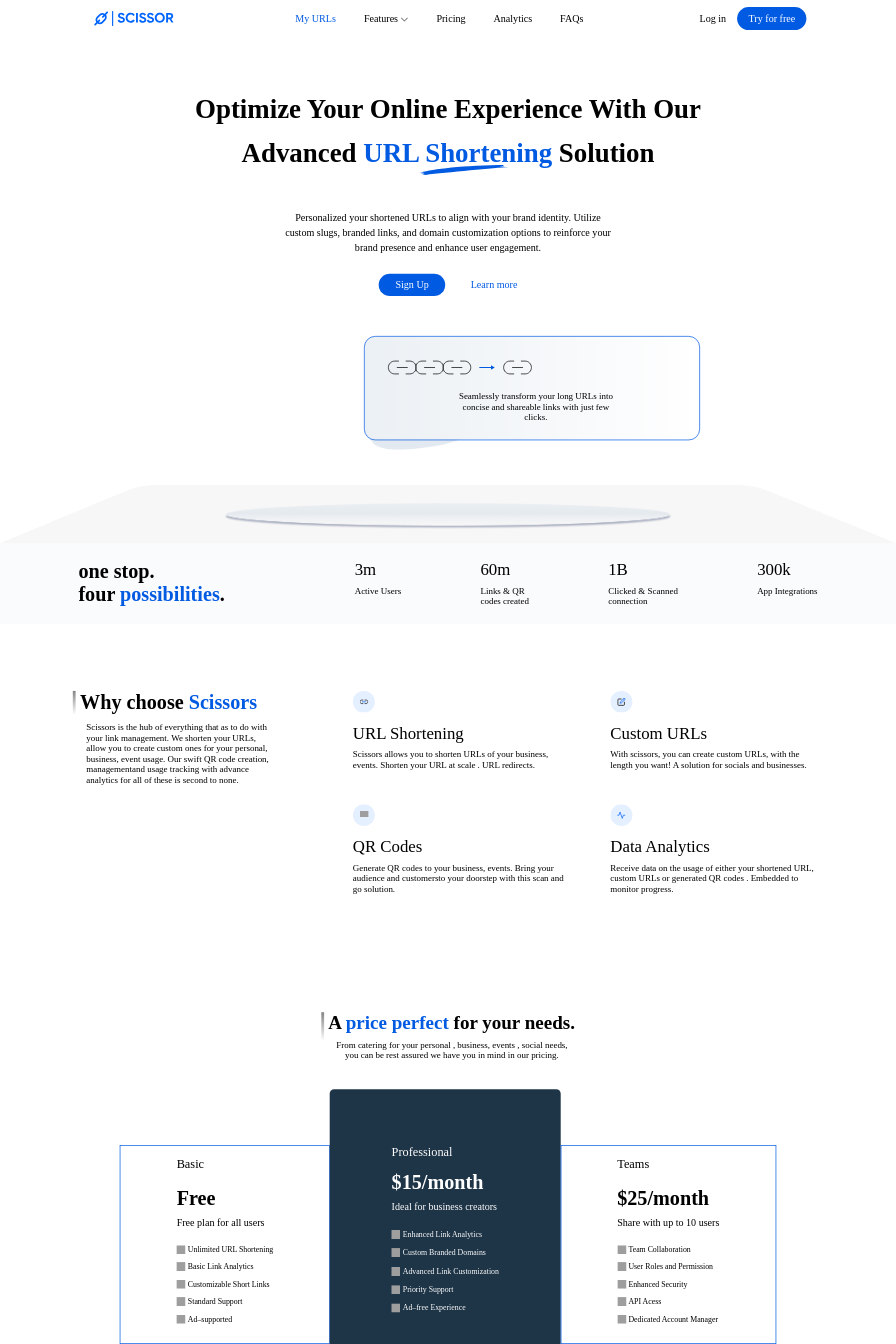
Repository: dark-txch/ass-1-6
Page: src/pages/scissors.html
An editor plug-in stored every save of this project. The page is shown before and after the next save, followed by the edit.
The browser window is 1280 px wide. The pictures show the part of the page from y = 0 to 1920 px (the page is 4397 px tall), at 70% of full size.
Pictures or frames that could not be fetched are drawn as grey boxes. Some web libraries are served in a nearby version.

Above is the page before, as saved 2024-11-29 18:55:25.

### src/pages/scissors.html
<html lang="en">
	<head>
		<meta charset="UTF-8" />
		<meta name="viewport" content="width=device-width, initial-scale=1.0" />

		<!--  main style link  -->
		<link rel="stylesheet" href="../styles/scissors/scissors.css" />

		<!--  media style link  -->
		<link rel="stylesheet" href="../styles/scissors/mediaq.css" />

		<!--  favicon  -->
		<link rel="icon" href="/assets/C-Favicon/Dark-favicon_io/favicon.ico" />

		<!--  font awesome  -->
		<script
			src="https://kit.fontawesome.com/5a7bfc222a.js"
			crossorigin="anonymous"
		></script>

		<!--  title  -->
		<title>Scissors</title>
	</head>

	<!--  body  -->
	<body>
		<main>
			<!--  header houses the nav section and  -->
			<section id="headSection">
				<nav id="navigationBlock">
					<!--  container for the img/svg -->
					<span class="imgBox">
						<img src="../../src/assets/scissors/Logo.svg" alt="" />
					</span>
					<!--  -------------unordered list center ul -->
					<ul class="uL-center">
						<li>My URLs</li>
						<li>
							<span>Features</span>
							<i class="fa-solid fa-chevron-down"></i>
						</li>
						<li>Pricing</li>
						<li>Analytics</li>
						<li>FAQs</li>
					</ul>
					<!--  end ul -->
					<ul class="ul-end">
						<li>Log in</li>
						<li>Try for free</li>
					</ul>
				</nav>
				<!-- ------------------ header body div ----------------- -->
				<div id="headerBody">
					<h1 id="textCap">
						optimize your online experience with our advanced
						<span>URL shortening</span>
						solution
						<img src="../../src/assets/scissors/Vector 3.svg" alt="" />
					</h1>
					<p>
						Personalized your shortened URLs to align with your brand identity.
						Utilize custom slugs, branded links, and domain customization
						options to reinforce your brand presence and enhance user
						engagement.
					</p>
					<div id="signupBlue">
						<span>Sign Up</span>
						<span>Learn more</span>
					</div>
				</div>
				<!-- --------------------------- One stop four section  -->
				<section id="oneStopFour">
					<div class="sideNote">
						<span
							><img src="../../src/assets/scissors/Frame 1000001716.svg" alt=""
						/></span>
						<div class="paraContainer">
							<p>
								Seamlessly transform your long URLs into concise and shareable
								links with just few clicks.
							</p>
						</div>
					</div>
					<span
						><img src="../../src/assets/scissors/Vector 2.png" alt=""
					/></span>
				</section>
				<!-- -------------------------One stop possibilities desk ---- -->
				<div id="oneStopFourDesk">
					<span>
						<img
							src="../../src/assets/scissors/Rectangle 9.png"
							alt="Rectangle"
						/>
					</span>
					<span>
						<img src="../../src/assets/scissors/Ellipse 1.png" alt="Ellipse" />
					</span>
				</div>
			</section>

			<!-- -------------- One stop possibilities section --------------- -->
			<section id="oneStopFourPossibilities">
				<div class="oneStopFlex">
					<h2>one stop. <br />four <span>possibilities</span>&#46;</h2>
					<ul>
						<li>
							<h5>3m</h5>
							<p>Active Users</p>
						</li>
						<li>
							<h5>60m</h5>
							<p>Links &#38; QR <br />codes created</p>
						</li>
						<li>
							<h5>1B</h5>
							<p>Clicked &#38; Scanned <br />connection</p>
						</li>
						<li>
							<h5>300k</h5>
							<p>App Integrations</p>
						</li>
					</ul>
				</div>
				<!-- --------------------------Why choose scissors--------- -->
				<div id="whyScissors">
					<div class="scissors">
						<h2>Why choose <span>Scissors</span></h2>
						<p>
							Scissors is the hub of everything that as to do with your link
							management. We shorten your URLs, allow you to create custom ones
							for your personal, business, event usage. Our swift QR code
							creation, managementand usage tracking with advance analytics for
							all of these is second to none.
						</p>
					</div>
					<!--  --container next to 'Why choose scissors' -->
					<div id="scissors-side">
						<div id="box-1">
							<div class="box-1">
								<span
									><img src="../../assets/scissors/Ellipse 2.svg" alt=""
								/></span>
								<span
									><img src="../../assets/scissors/link-2.svg" alt=""
								/></span>

								<h5>URL Shortening</h5>
								<p>
									Scissors allows you to shorten URLs of your business, events.
									Shorten your URL at scale . URL redirects.
								</p>
							</div>
							<div class="box-1">
								<span><img src="/assets/scissors/Ellipse 2.svg" alt="" /></span>
								<span><img src="/assets/scissors/grid.svg alt="" /></span>

								<h5>QR Codes</h5>
								<p>
									Generate QR codes to your business, events. Bring your
									audience and customersto your doorstep with this scan and go
									solution.
								</p>
							</div>
						</div>
						<!--   -----box-2 of scissors side -->
						<div id="box-2">
							<div class="box-1">
								<span><img src="/assets/scissors/Ellipse 2.svg" alt="" /></span>
								<span><img src="/assets/scissors/edit.svg" alt="" /></span>

								<h5>Custom URLs</h5>
								<p>
									With scissors, you can create custom URLs, with the length you
									want&#33; A solution for socials and businesses.
								</p>
							</div>
							<div class="box-1">
								<span><img src="/assets/scissors/Ellipse 2.svg" alt="" /></span>
								<span><img src="/assets/scissors/activity.svg" alt="" /></span>

								<h5>Data Analytics</h5>
								<p>
									Receive data on the usage of either your shortened URL, custom
									URLs or generated QR codes . Embedded to monitor progress.
								</p>
							</div>
						</div>
					</div>
				</div>
			</section>
			<!-- -------------------------A price perfect section ---------- -->
			<section id="pricePerfect">
				<h2>A <span>price perfect</span> for your needs&#46;</h2>
				<p>
					From catering for your personal , business, events , social needs, you
					can be rest assured we have you in mind in our pricing.
				</p>
				<!-- ----------price range------- -->
				<div id="pricePerfect-range">
					<div class="basic">
						<h4>Basic</h4>
						<h5>Free</h5>
						<h6>Free plan for all users</h6>
						<ul>
							<li>Unlimited URL Shortening</li>
							<li>Basic Link Analytics</li>
							<li>Customizable Short Links</li>
							<li>Standard Support</li>
							<li>Ad&#8210;supported</li>
						</ul>
					</div>
					<div class="professional">
						<h4>Professional</h4>
						<h5>&#36;15&#47;month</h5>
						<h6>Ideal for business creators</h6>
						<ul>
							<li>Enhanced Link Analytics</li>
							<li>Custom Branded Domains</li>
							<li>Advanced Link Customization</li>
							<li>Priority Support</li>
							<li>Ad&#8210;free Experience</li>
						</ul>
					</div>
					<div class="teams">
						<h4>Teams</h4>
						<h5>&#36;25&#47;month</h5>
						<h6>Share with up to 10 users</h6>
						<ul>
							<li>Team Collaboration</li>
							<li>User Roles and Permission</li>
							<li>Enhanced Security</li>
							<li>API Acess</li>
							<li>Dedicated Account Manager</li>
						</ul>
					</div>
				</div>
				<div id="priceButton">
					<button>Get Custom Pricing</button>
					<button>Select Pricing</button>
				</div>
			</section>
			<!-- -----------------form section-------- -->
			<div id="formBox">
				<form action="">
					<!-- --------------input for URL paste -->
					<input
						type="text"
						name="paste url"
						id="pasteUrl"
						placeholder="Paste URL here&#46;&#46;&#46;"
					/>
					<!-- --------------select domain -->
					<div class="selectInput">
						<select name="choose domain" id="chooseDomain">
							<option value="" disabled selected>Choose Domain</option>
						</select>
						<!-- ----------------input for alias -->
						<input
							type="text"
							name="alias"
							id="typeAlias"
							placeholder="Type Alias here"
						/>
					</div>
					<!-- -------------------submit button -->
					<div id="trimUrl">
						<button class="trimUrl">Trim URL</button>
						<span>
							<img src="/assets/scissors/magic-wand-svgrepo-com.svg" alt="" />
						</span>
					</div>
					<!-- --------------terms and conditions -->
					<p>
						By clicking TrimURL, I agree to the
						<span>Terms of Service, Privacy Policy</span> and Use of Cookies.
					</p>
				</form>
			</div>
			<!-- ---------------------------FAQs  -------------->
			<section id="faqs">
				<h2>FAQs</h2>
				<ul>
					<!-- --------------FAQs unorderd list------ -->
					<li>
						<div class="twinP">
							<p>How does URL shortening work&#63;</p>
							<p>
								URL shortening works by taking a long URL and creating a
								shorter, condensed version that redirects to the original URL.
								When a user clicks on the shortened link, they are redirected to
								the intended destination.
							</p>
						</div>
						<span><i class="fa-solid fa-minus"></i></span>
					</li>
					<hr />
					<li>
						<p>
							Is it necessary to create and account to use the URL shortening
							service&#63;
						</p>
						<i class="fa-solid fa-plus"></i>
					</li>
					<hr />
					<li>
						<p>Are the shortened links permanent&#63; Will they expire&#63;</p>
						<i class="fa-solid fa-plus"></i>
					</li>
					<hr />
					<li>
						<p>
							Are there any limitations on the number of URLs to reflect my
							brand or content&#63;
						</p>
						<i class="fa-solid fa-plus"></i>
					</li>
					<hr />
					<li>
						<p>
							Can i customize the shortened URLs to reflect my brand or
							content&#63;
						</p>
						<i class="fa-solid fa-plus"></i>
					</li>
					<hr />
					<li>
						<p>Can i track the performance of my shortened URLs&#63;</p>
						<i class="fa-solid fa-plus"></i>
					</li>
					<hr />
					<li>
						<p>
							How secure is the URL shortening service&#63; Are the shortened
							links protected against spam of malicious activity&#63;
						</p>
						<i class="fa-solid fa-plus"></i>
					</li>
					<hr />
					<li>
						<p>What is a QR code and what can it do&#63;</p>
						<i class="fa-solid fa-plus"></i>
					</li>
					<hr />
					<li>
						<p>
							Is there an API available for integrating the URL
							shorteningservice into my own applications or webcites&#63;
						</p>
						<i class="fa-solid fa-plus"></i>
					</li>
					<hr />
				</ul>
			</section>
			<!-- --------------revolutioning link  -->
			<section id="getStarted">
				<h5>Revolutionizing Link Optimization</h5>
				<button>Get Started</button>
			</section>
			<!-- ----------------------------footer ------ -->
			<footer>
				<div class="footerFlex">
					<div id="footerIcons">
						<span><img src="/assets/scissors/Logo.svg" alt="" /></span>
						<ul>
							<li>
								<i class="fa-brands fa-twitter"></i>
							</li>
							<li>
								<i class="fa-brands fa-instagram"></i>
							</li>
							<li><i class="fa-brands fa-linkedin"></i></li>
							<li>
								<i class="fa-brands fa-square-facebook"></i>
							</li>
						</ul>
					</div>
					<!-- -------------------- footer left container------ -->
					<div id="footerSideCon">
						<!------------------------- twin div -->
						<div>
							<div class="footerH6">
								<h6>Why Scissors &#63;</h6>
								<ul>
									<li>Scissors 101</li>
									<li>Integrations &#38; API</li>
									<li>Pricing</li>
								</ul>
							</div>
							<div class="footerH6">
								<h6>Resources</h6>
								<ul>
									<li>Blog</li>
									<li>Resource Library</li>
									<li>Developers</li>
									<li>App Connections</li>
									<li>Support</li>
									<li>Trust Center</li>
									<li>Browser Extension</li>
									<li>Mobile App</li>
								</ul>
							</div>
						</div>
						<!--------------------- twin div -->
						<div>
							<div class="footerH6E">
								<h6>Solutions</h6>
								<ul>
									<li>Social Media</li>
									<li>Digital Marketing</li>
									<li>Customer Service></li>
									<li>For Developers</li>
								</ul>
							</div>
							<div class="footerH6">
								<h6>Features</h6>
								<ul>
									<li>Branded Links</li>
									<li>Mobile Links</li>
									<li>Campaign</li>
									<li>Management &#38;</li>
									<li>Analytics</li>
									<li>QR Code generation</li>
								</ul>
							</div>
						</div>
						<!-------------------------- twin div -->
						<div>
							<div class="footerH6">
								<h6>Products</h6>
								<ul>
									<li>Link Managements</li>
									<li>QR Codes</li>
									<li>Link&#8211;in&#8211;bio</li>
								</ul>
							</div>
							<div class="footerH6">
								<h6>Legal</h6>
								<ul>
									<li>Privacy Policy</li>
									<li>Cookie Policy</li>
									<li>Terms of Service</li>
									<li>Acceptable Use Policy</li>
									<li>Code of Conduct</li>
								</ul>
							</div>
						</div>
						<!-- ---------------------single last div -->
						<div>
							<div class="footerH6">
								<h6>Company</h6>
								<ul>
									<li>About Scissors</li>
									<li>Careers</li>
									<li>Partners</li>
									<li>Press</li>
									<li>Contact</li>
									<li>Reviews</li>
								</ul>
							</div>
						</div>
					</div>
				</div>
				<div id="copyright">
					<div>
						<a href="/index.html">
							<i class="fa-solid fa-backward"></i>
						</a>
					</div>
					<div>
						Term of Service &#124; Security &#124; <span></span>Scissors 2024
					</div>
				</div>
			</footer>
		</main>
	</body>
</html>

### src/styles/scissors/mediaq.css
/* ----------------------------Index media query--------------------------- */

@media screen and (max-width: 450px) {
	#navigationBlock {
		display: flex;
		flex-direction: column;
	}

	/* -------------------------Assignment 5 media query--------------------- */
}

Loaded but not shown: src/styles/scissors/scissors.css (736 lines, source omitted)

After the next save:
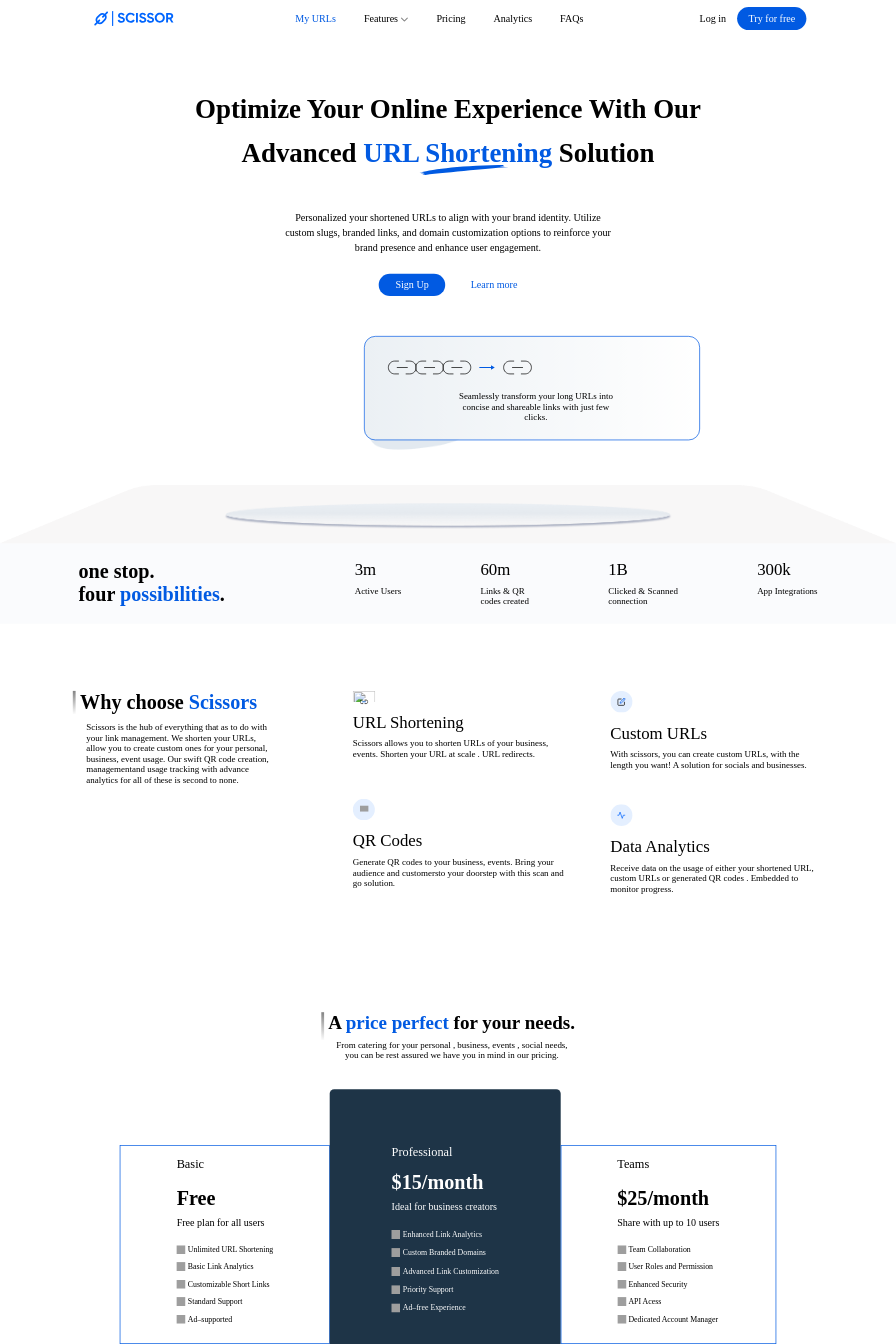
Saved 24 s later.
--- a/src/pages/scissors.html
+++ b/src/pages/scissors.html
@@ -139,7 +139,7 @@
 						<div id="box-1">
 							<div class="box-1">
 								<span
-									><img src="../../assets/scissors/Ellipse 2.svg" alt=""
+									><img src="" alt=""
 								/></span>
 								<span
 									><img src="../../assets/scissors/link-2.svg" alt=""

After the 3 saves that followed:
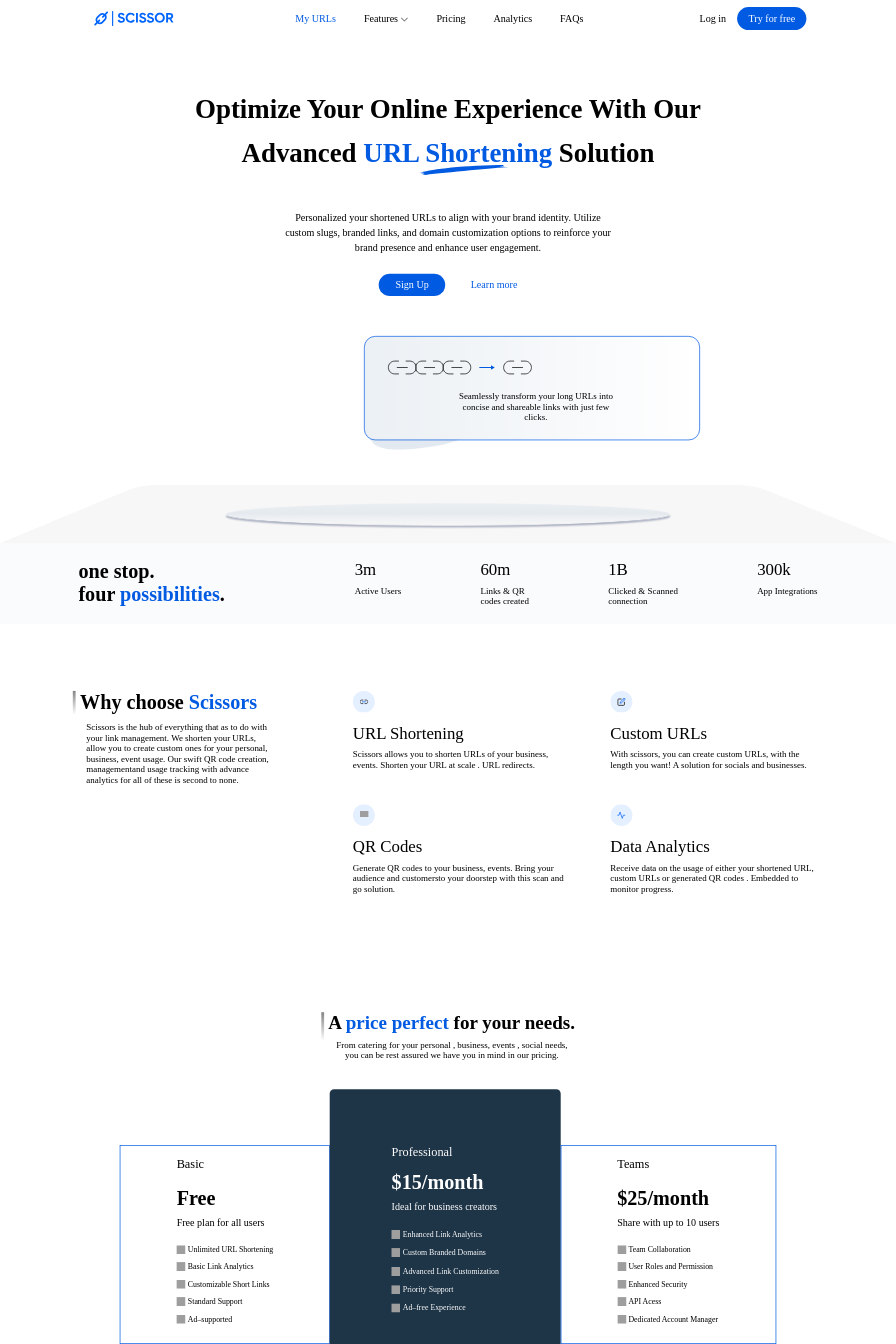
The 3 saves are shown as one change because they came seconds apart.
The last was saved 10 s later.
--- a/src/pages/scissors.html
+++ b/src/pages/scissors.html
@@ -139,7 +139,7 @@
 						<div id="box-1">
 							<div class="box-1">
 								<span
-									><img src="" alt=""
+									><img src="../../src/assets/scissors/Ellipse 2.svg" alt=""
 								/></span>
 								<span
 									><img src="../../assets/scissors/link-2.svg" alt=""
